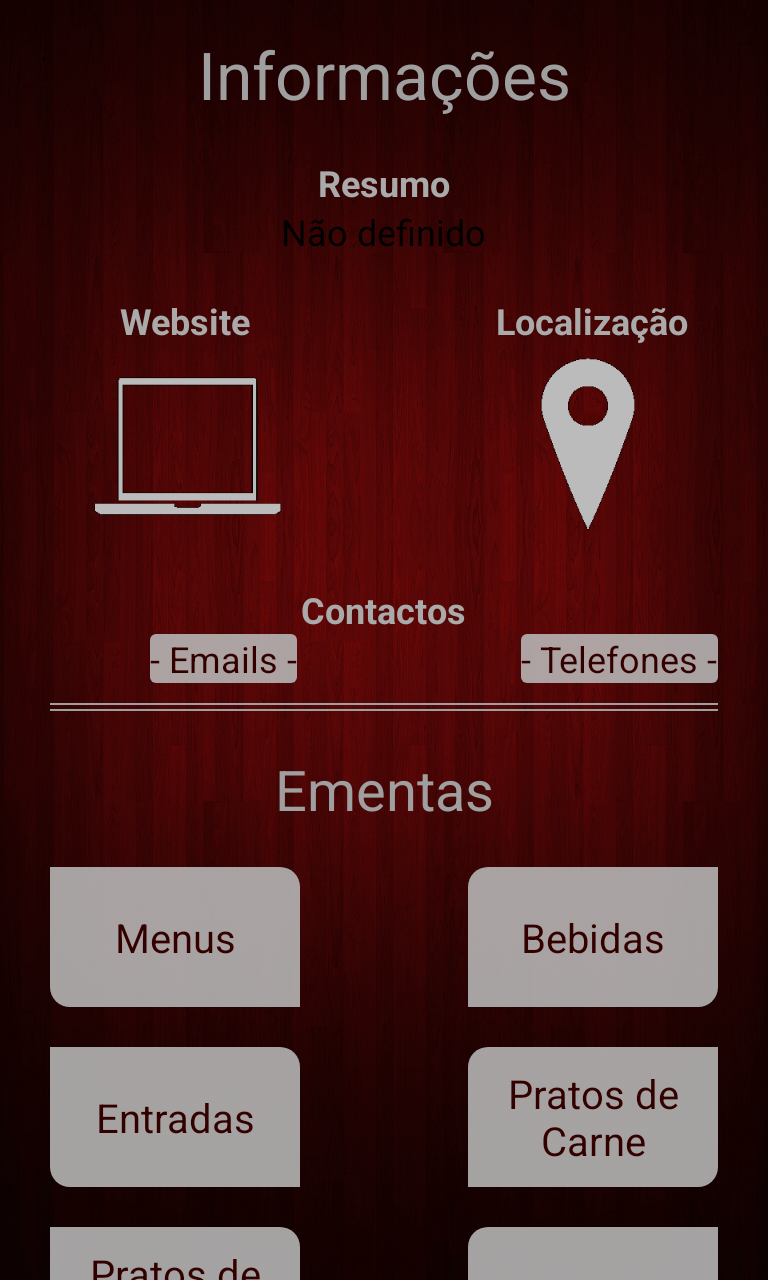
Repository: LuisFilipeDias/eMenu
Layout: SideMenuTutorial/res/layout/fragment.xml
These files come from the project's save history. The layout is drawn as it stood at one moment and after the next save; the edit follows.
It is drawn on a 768 x 1280 px phone screen (xhdpi) without system bars, with theme Theme.Sherlock; the app's code is not run.

Above is the layout before, as saved 2013-12-23 22:18:08.

After the next save:
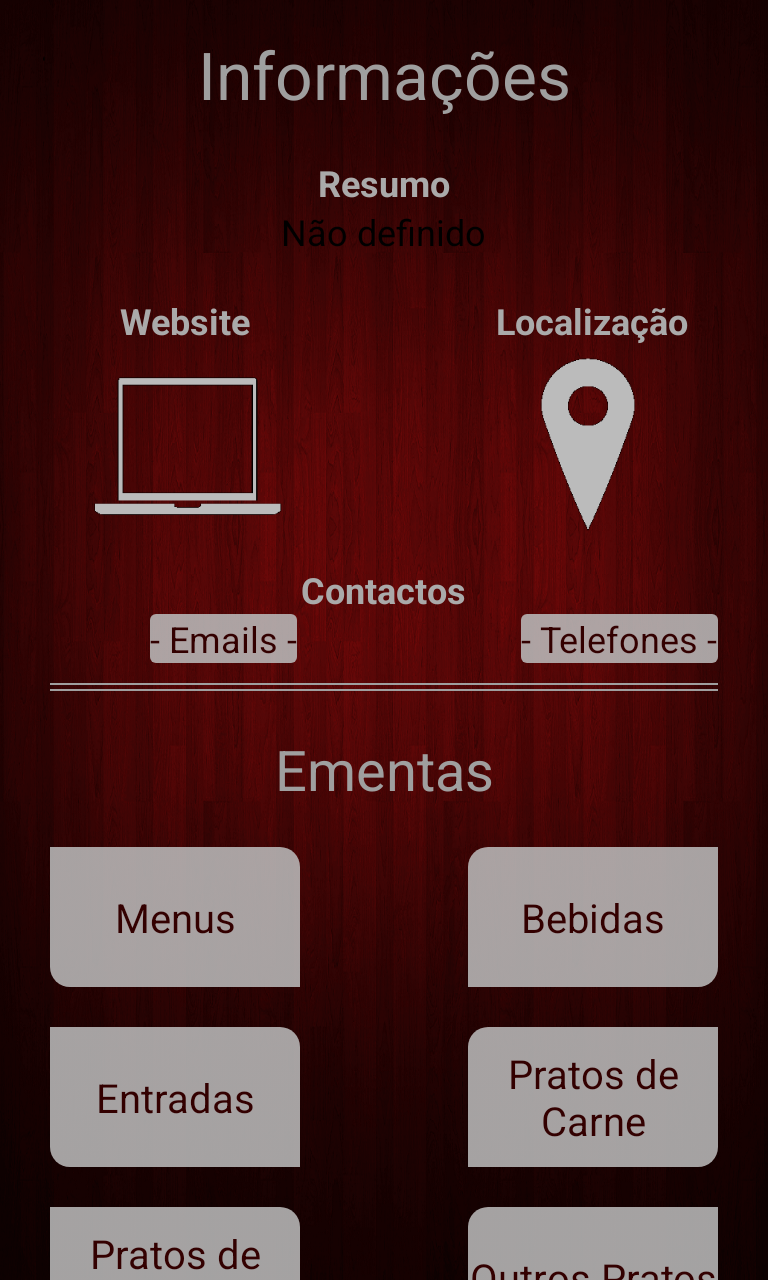
Saved 11 s later.
--- a/SideMenuTutorial/res/layout/fragment.xml
+++ b/SideMenuTutorial/res/layout/fragment.xml
@@ -112,7 +112,7 @@
 			       	android:layout_width="wrap_content"
 			       	android:layout_height="wrap_content"
 			       	android:layout_below="@+id/location_txt"
-			       	android:layout_marginTop="20dp"
+			       	android:layout_marginTop="10dp"
 			       	android:clickable="true"
 			       	android:text="@string/contacts_ttl"
 			        android:layout_centerHorizontal="true"
